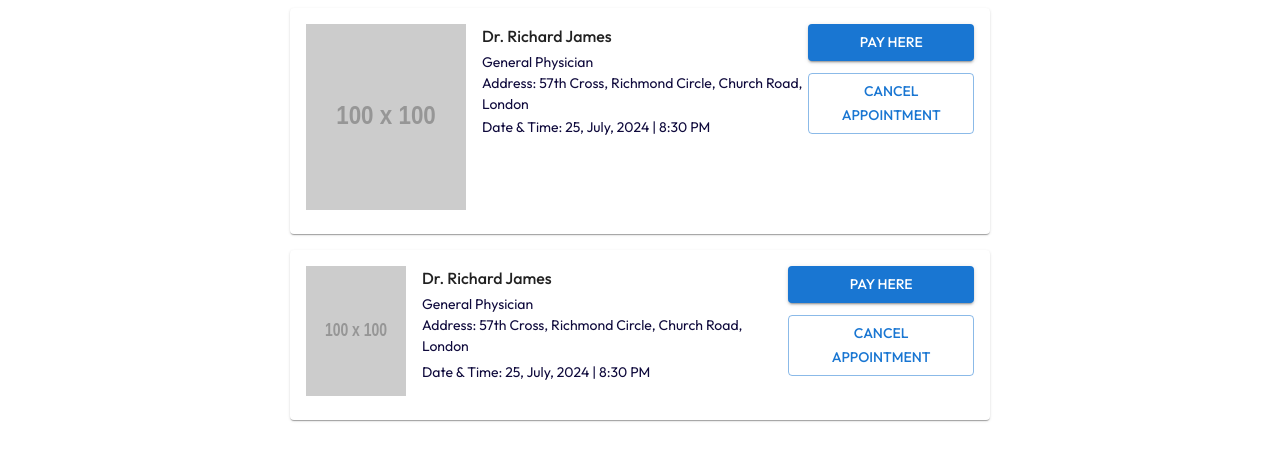
Repository: Ali-Dmerdash/DEPI_GRAD
Page: /
The author's editor kept a copy of each file at every save. The page is drawn from the files as they stood at one save, then again after a run of saves.
The browser window is 1280 px wide. The pictures show the whole page.
The project was rebuilt for these pictures with package versions that can differ from the ones it lists, and the page was loaded fresh each time. Also part of the build but not shown: vite.config.ts.

Above is the page before, as saved 2024-10-08 20:54:10.

### src/App.tsx
import "./App.css";
import "react-router-dom";
import { library } from "@fortawesome/fontawesome-svg-core";
import { fab } from "@fortawesome/free-brands-svg-icons";
import { fas } from "@fortawesome/free-solid-svg-icons";
import { far } from "@fortawesome/free-regular-svg-icons";
import Myappointment from "./pages/myappointment";

function App() {
  return (
    <>
      <Myappointment />
    </>
  );
}

export default App;
library.add(fab, fas, far);

### src/index.css
@import url("https://fonts.googleapis.com/css2?family=Outfit:wght@100..900&display=swap");

body {
  font-family: "Outfit", sans-serif;
  color: var(--text-color);
}

:root {
  --primary-color: #07456f;
  --secondary-color: #009f9d;
  --text-color: #0f0a3c;
  --card-button-color: #ace6f6;
  --border-color: #adadad;
}

### src/App.css
@import "./App.css";

body {
  color: var(--text-color);
}

### src/pages/myappointment/index.tsx
import React from "react";
import { Box, Card, CardContent, Typography, Button } from "@mui/material";

const MyAppointment: React.FC = () => {
  return (
    <Box sx={{ maxWidth: 700, margin: "0 auto" }}>
      <Card sx={{ marginBottom: 2 }}>
        <CardContent>
          <Box display="flex" alignItems="flex-start">
            <img
              src="https://via.placeholder.com/100"
              alt="Doctor"
              style={{ width: "160px", height: "186px", marginRight: "16px" }}
            />
            <Box flexGrow={1}>
              <Typography
                variant="h6"
                fontSize="16px"
                sx={{ marginBottom: "2px" }}
              >
                Dr. Richard James
              </Typography>
              <Typography color="#0F0A3C" fontSize="14px">
                General Physician
              </Typography>
              <Typography
                color="#0F0A3C"
                fontSize="14px"
                sx={{ marginBottom: "2px" }}
              >
                Address: 57th Cross, Richmond Circle, Church Road, London
              </Typography>
              <Typography color="#0F0A3C" fontSize="14px">
                Date & Time: 25, July, 2024 | 8:30 PM
              </Typography>
            </Box>
            <Box
              display="flex"
              flexDirection="column"
              justifyContent="flex-end"
            >
              <Button variant="contained" color="primary">
                Pay here
              </Button>
              <Button
                variant="outlined"
                color="primary"
                sx={{ marginTop: 1.5 }}
              >
                Cancel appointment
              </Button>
            </Box>
          </Box>
        </CardContent>
      </Card>

      <Card>
        <CardContent>
          <Box display="flex" alignItems="flex-start">
            <img
              src="https://via.placeholder.com/100"
              alt="Doctor"
              style={{ width: "100px", height: "130px", marginRight: "16px" }}
            />
            <Box flexGrow={1}>
              <Typography
                variant="h6"
                fontSize="16px"
                sx={{ marginBottom: "2px" }}
              >
                Dr. Richard James
              </Typography>
              <Typography color="#0F0A3C" fontSize="14px">
                General Physician
              </Typography>
              <Typography
                color="#0F0A3C"
                fontSize="14px"
                sx={{ marginBottom: "5px" }}
              >
                Address: 57th Cross, Richmond Circle, Church Road, London
              </Typography>
              <Typography color="#0F0A3C" fontSize="14px">
                Date & Time: 25, July, 2024 | 8:30 PM
              </Typography>
            </Box>
            <Box
              display="flex"
              flexDirection="column"
              justifyContent="flex-end"
            >
              <Button variant="contained" color="primary">
                Pay here
              </Button>

              <Button
                variant="outlined"
                color="primary"
                sx={{ marginTop: 1.5 }}
              >
                Cancel appointment
              </Button>
            </Box>
          </Box>
        </CardContent>
      </Card>
    </Box>
  );
};

export default MyAppointment;

Loaded but not shown: index.html (common file); src/main.tsx (common file)

After the next 2 saves:
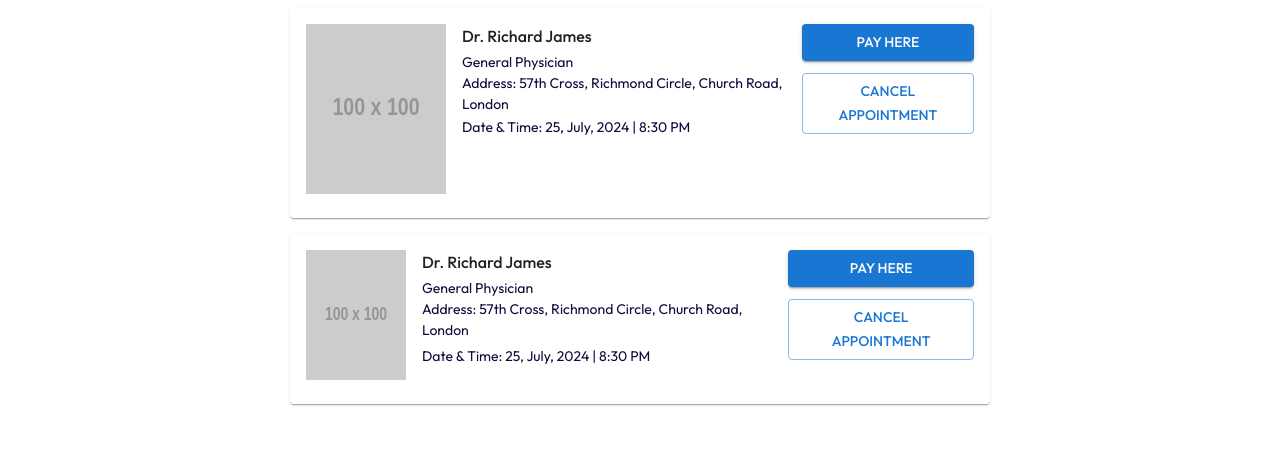
The 2 saves are shown as one change because they came seconds apart.
The last was saved 12 s later.
--- a/src/pages/myappointment/index.tsx
+++ b/src/pages/myappointment/index.tsx
@@ -10,7 +10,7 @@ const MyAppointment: React.FC = () => {
             <img
               src="https://via.placeholder.com/100"
               alt="Doctor"
-              style={{ width: "160px", height: "186px", marginRight: "16px" }}
+              style={{ width: "140px", height: "170px", marginRight: "16px" }}
             />
             <Box flexGrow={1}>
               <Typography
